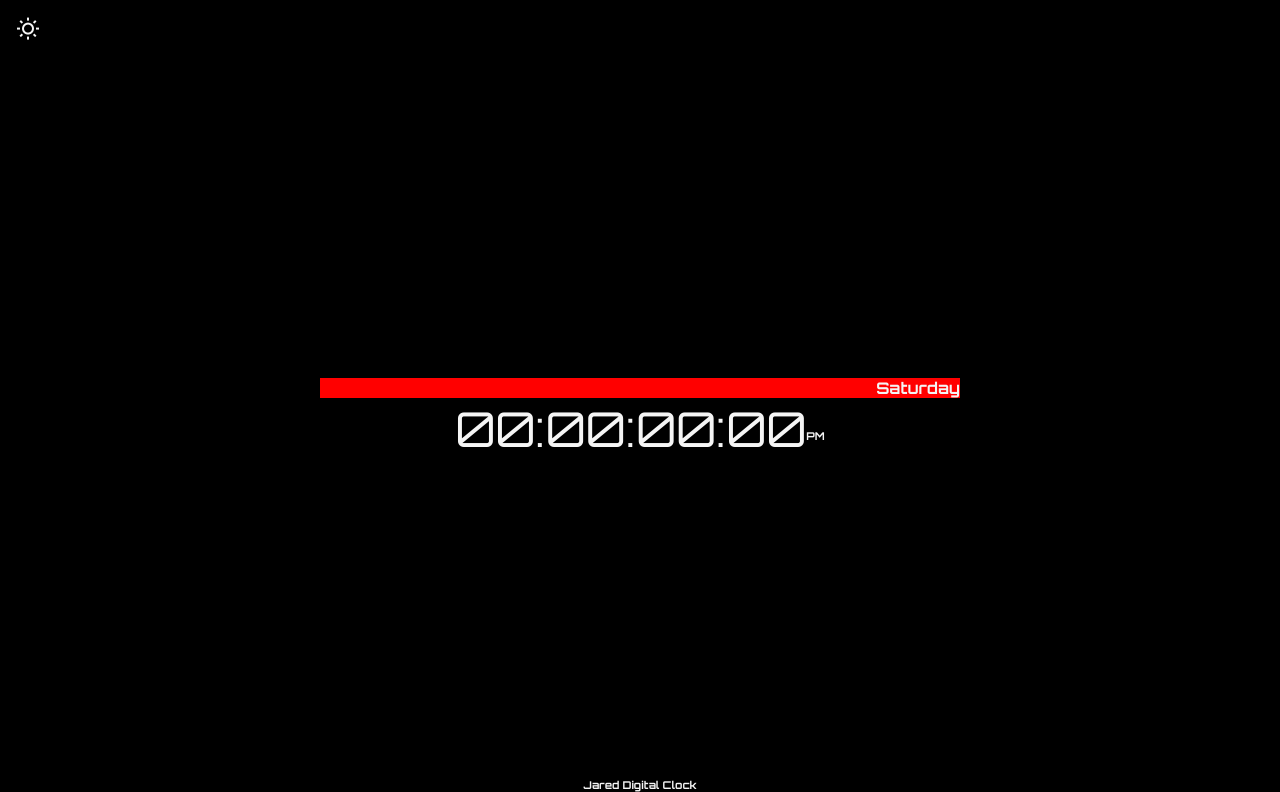
Repository: EguJaredoBoyd/Jared-Digital-Clock
Page: index.html
An editor plug-in stored every save of this project. The page is shown before and after the next save, followed by the edit.
The browser window is 1280 px wide. The pictures show the whole page.
Some web libraries are served in a nearby version.

Above is the page before, as saved 2026-01-04 22:04:54.

After the next save:
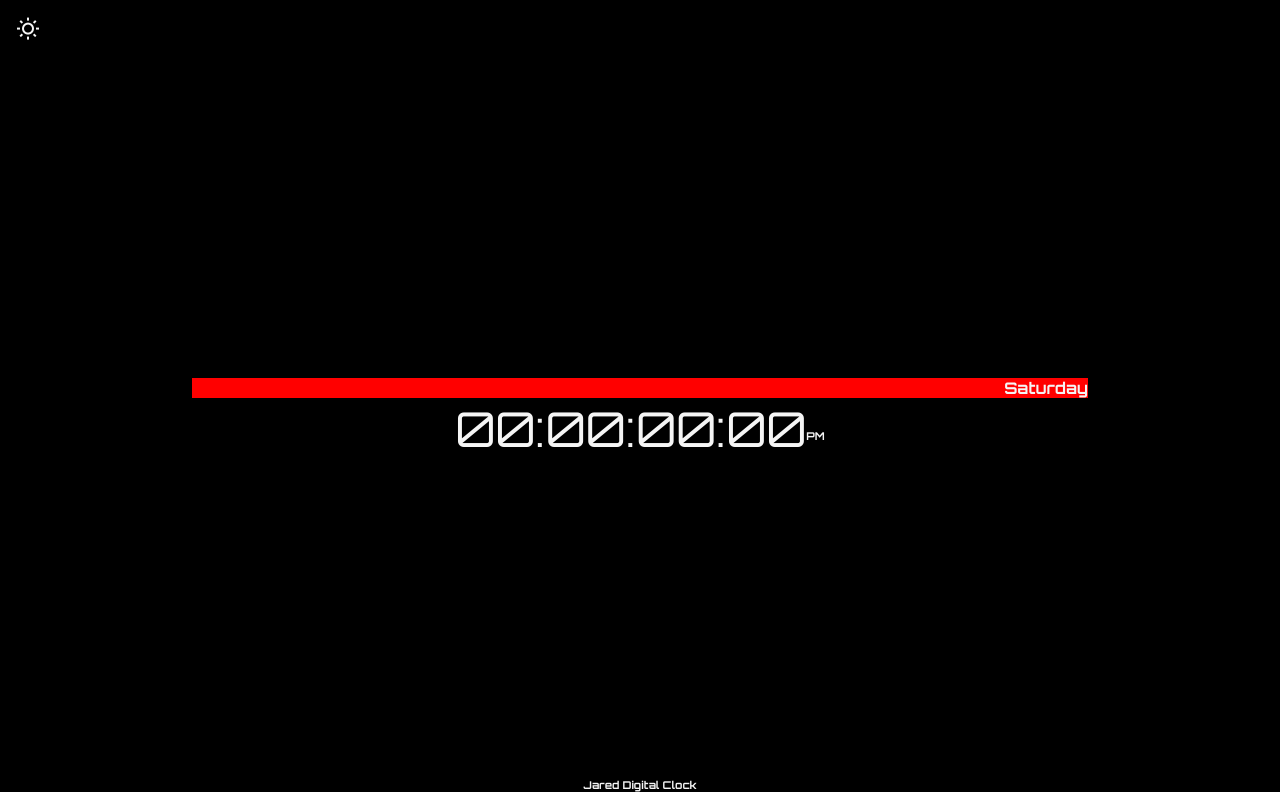
Saved 13 s later.
--- a/css/styles.css
+++ b/css/styles.css
@@ -67,7 +67,7 @@ header button i {
 }
 
 .watch-container__day {
-  width: 50vw;
+  width: 70vw;
   display: flex;
   justify-content: end;
   background-color: red;
